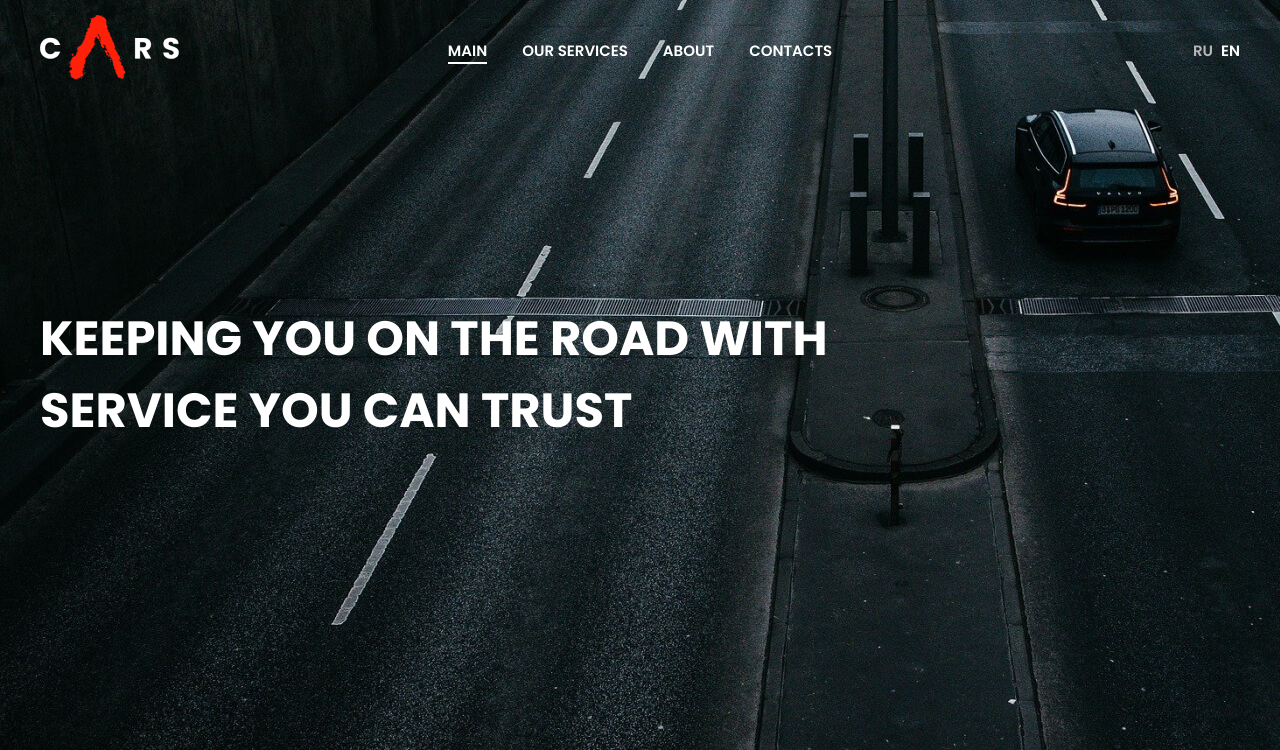
Repository: Earn1ll/car_repair
Page: index.html
The author's editor kept a copy of each file at every save. The page is drawn from the files as they stood at one save, then again after the next save.
The browser window is 1280 px wide. The pictures show the whole page.

Above is the page before, as saved 2022-09-18 15:05:35.

### index.html
<!DOCTYPE html>
<html lang="en">
<head>
    <meta charset="UTF-8">
    <meta http-equiv="X-UA-Compatible" content="IE=edge">
    <meta name="viewport" content="width=device-width, initial-scale=1.0">
    <title>car repair</title>
    <link rel="stylesheet" href="css/style.css">
</head>
<body>
    <header class="header">
        <div class="container">
            <div class="header__wrapper">
                <div class="header__block">
                    <a href="/" class="header__logo">
                        <img src="img/logo.png" alt="logo">
                    </a>
                </div>

                <nav class="nav">
                    <a href="#" class="nav__link active">Main</a>
                    <a href="#" class="nav__link">Our services</a>
                    <a href="#" class="nav__link">About</a>
                    <a href="#" class="nav__link">Contacts</a>
                </nav>

                <div class="header__block">
                    <div class="header__lng">
                        <a href="#" class="header__lng-link ">ru</a>
                        <a href="#" class="header__lng-link active">en</a>
                    </div>
                </div>

            </div>
        </div>
    </header>

    <section class="intro">
        <div class="container">
            <div class="intro__content">
                <div class="intro__block">
                    <h1 class="intro__title">
                        KEEPING YOU ON THE ROAD WITH
                        SERVICE YOU CAN TRUST
                    </h1>
                    <a href="#" class="btn"></a>
                </div>
            </div>
        </div>
    </section>
</body>
</html>

### css/style.css
@import url('https://fonts.googleapis.com/css2?family=Poppins:wght@400;600;700;800;900&display=swap');

*,*::before,::after {
    box-sizing: border-box;
}
body {
    margin: 0;
    font-family: 'Poppins', sans-serif;
    font-size: 15px;
}

h1,h2,h3,h4,h5,h6 {
    margin: 0;
}

.container {
    width: 1200px;
    margin: 0 auto;
}
.btn {

}



/* header start working */
.header {
    width: 100%;
    position: absolute;
    top: 0;
    left: 0;
}

.header__wrapper {
    height: 100px;
    display: flex;
    justify-content: space-between;
    align-items: center;
}

.header__block {
    width: 20%;
}

.nav {
    display: flex;
}

.nav__link {
    margin-right: 35px;
    color: #fff;
    text-transform: uppercase;
    text-decoration: none;
    font-weight: 600;
    position: relative;
}

.nav__link::after {
    width: 100%;
    height: 2px;
    background-color: #fff;
    position: absolute;
    top: 100%;
    left: 0;
    content: '';
    opacity: 0;
    transition: opacity .2s ease;

}

.nav__link:last-child {
    margin-right: 0;
}

.nav__link:hover::after {
    opacity: 1;
}

.nav__link.active::after {
    opacity: 1;
}

.header__lng {
    display: flex;
    justify-content: flex-end;

}

.header__lng-link {
    margin-right: 8px;
    text-transform: uppercase;
    text-decoration: none ;
    font-weight: 600;
    color: #b7b7b7;
}

.header__lng-link:last-child {
    margin-right: 0;
}

.header__lng-link.active {
    color: #fff;
}
/* header end working */
/* intro start working */

.intro {
    background: url('../img/intro_bg.jpg');
}
.intro__content {
    height: 750px;
    display: flex;
    align-items: center;
}

.intro__block {

}

.intro__title {
    max-width: 790px;
    font-size: 48px;
    font-weight: 700;
    color: #fff;

}
/* intro end working */

After the next save:
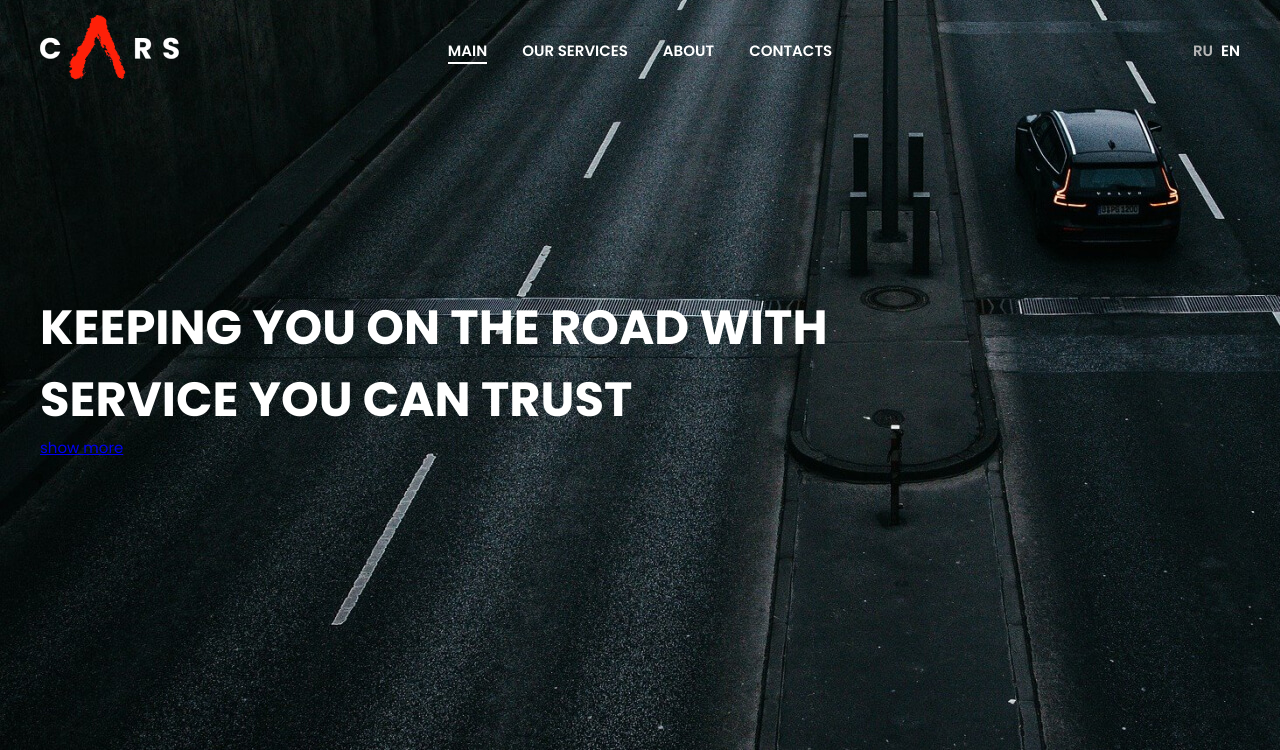
Saved 30 s later.
--- a/index.html
+++ b/index.html
@@ -43,7 +43,7 @@
                         KEEPING YOU ON THE ROAD WITH
                         SERVICE YOU CAN TRUST
                     </h1>
-                    <a href="#" class="btn"></a>
+                    <a href="#" class="btn">show more</a>
                 </div>
             </div>
         </div>
